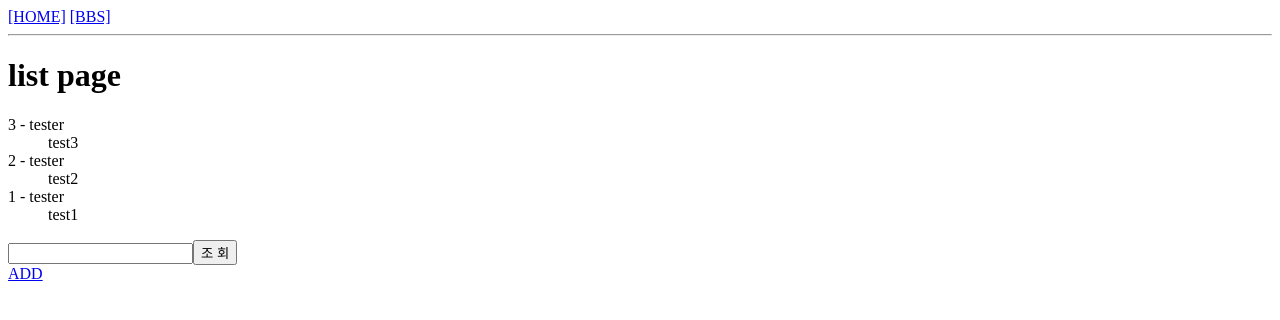
Repository: hwa3845/fullstackjava
Page: http://localhost/web04/bbs/
The author's editor kept a copy of each file at every save. The page is drawn from the files as they stood at one save, then again after the next save.
The browser window is 1280 px wide. The pictures show the whole page.
The page is served by Tomcat 9. The database holds what the project's SQL file puts in it.

Above is the page before, as saved 2025-04-16 08:13:24.

### webWorkspace/web04/WebContent/bbs/index.jsp
<%@ page language="java" contentType="text/html; charset=UTF-8"
    pageEncoding="UTF-8" import="java.sql.*"%>
<!DOCTYPE html PUBLIC "-//W3C//DTD HTML 4.01 Transitional//EN" "http://www.w3.org/TR/html4/loose.dtd">
<html>
<head>
<meta http-equiv="Content-Type" content="text/html; charset=UTF-8">
<title>Insert title here</title>
</head>
<body>
<a href="../">[HOME]</a>
<a href="./">[BBS]</a>
<hr>
<h1>list page</h1>
<dl>
<%
String driver="com.mysql.cj.jdbc.Driver";
//protocol//[host][/database][?properties]
//jdbc:mysql://host1:33060/sakila
String url="jdbc:mysql://localhost:3306/xe";
String user="scott";
String password="tiger";
String key=request.getParameter("key");
String word=request.getParameter("word");
if(key==null) key="subject";
if(word==null) word="";
String sql="SELECT * FROM bbs02 WHERE "+key+" LIKE '%"+word+"%' ORDER BY num DESC";
Connection conn=null;
Statement stmt=null;
ResultSet rs=null;
try{
	Class.forName(driver);
	conn=DriverManager.getConnection(url,user,password);
	stmt=conn.createStatement();
	rs=stmt.executeQuery(sql);
	while(rs.next()){
%>
	<dt><%=rs.getInt("num") %> - <%=rs.getString("id") %></dt>
	<dd><%=rs.getString("subject") %></dd>
<%
	}
} finally {
	if(rs!=null) rs.close();
	if(stmt!=null) stmt.close();
	if(conn!=null) conn.close();
}
%>
</dl>
<form action="./">

<input type="text"><input type="submit" value="조 회">
</form>
<a href="./add.jsp">ADD</a>
</body>
</html>

### webWorkspace/web04/sql/mysql.sql (the tables this page reads)
CREATE TABLE bbs02 (
	num INT NOT NULL AUTO_INCREMENT,
	id VARCHAR(16) NULL DEFAULT NULL,
	nalja TIMESTAMP NULL,
	subject VARCHAR(30) NULL DEFAULT NULL,
	content TEXT NULL,
	PRIMARY KEY (num)
)
COLLATE='utf8mb4_0900_ai_ci';

INSERT INTO bbs02 (id, nalja, subject, content) VALUES ('tester', now(),'test1', 'test');

INSERT INTO bbs02 (id, nalja, subject, content) VALUES ('tester', now(),'test2', 'test');

INSERT INTO bbs02 (id, nalja, subject, content) VALUES ('tester', now(),'test3', 'test');

After the next save:
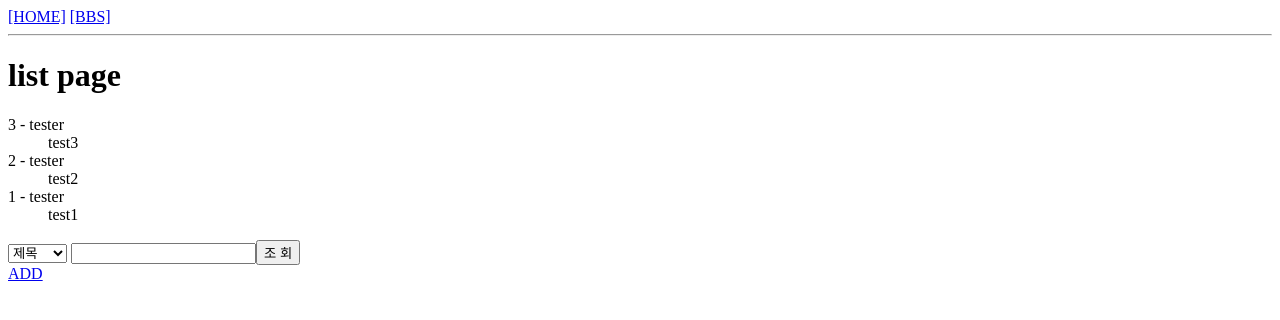
Saved 3 min 34 s later.
--- a/webWorkspace/web04/WebContent/bbs/index.jsp
+++ b/webWorkspace/web04/WebContent/bbs/index.jsp
@@ -46,7 +46,11 @@ try{
 %>
 </dl>
 <form action="./">
-
+<select name="key">
+	<option value="subject">제목</option>
+	<option value="id">아이디</option>
+	<option value="content">내용</option>
+</select>
 <input type="text"><input type="submit" value="조 회">
 </form>
 <a href="./add.jsp">ADD</a>
